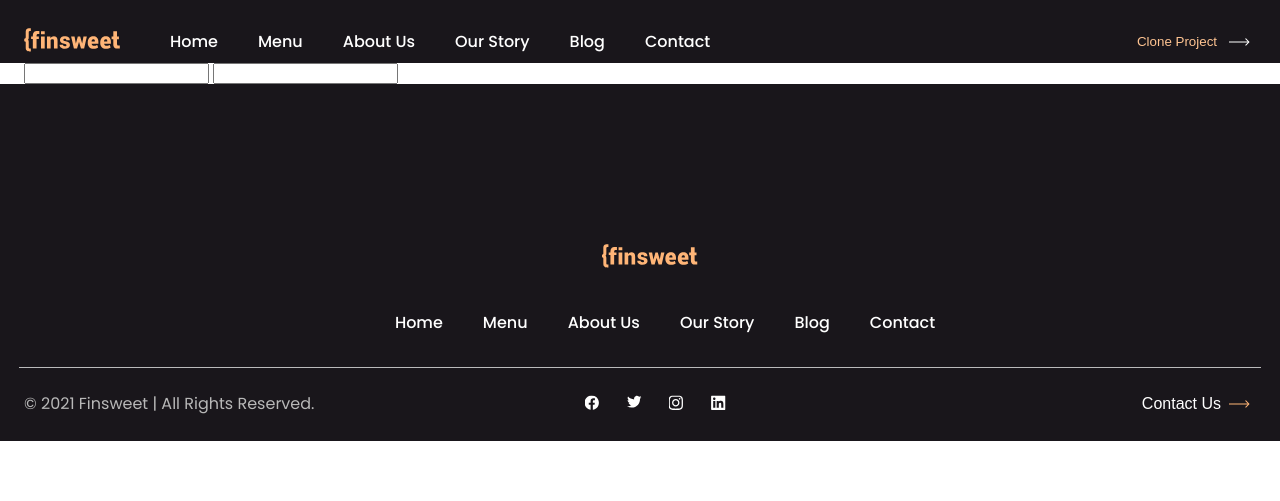
Repository: Minns-Cao/project-finsweet
Page: contact.html
An editor plug-in stored every save of this project. The page is shown before and after a run of saves, followed by the edit.
The browser window is 1280 px wide. The pictures show the whole page.
Some web fonts or font styles are not loaded; a fallback is used.

Above is the page before, as saved 2023-05-05 13:43:44.

### contact.html
<!DOCTYPE html>
<html lang="en">
    <head>
        <meta charset="UTF-8" />
        <meta http-equiv="X-UA-Compatible" content="IE=edge" />
        <meta name="viewport" content="width=device-width, initial-scale=1.0" />
        <title>Finsweet</title>
        <!-- Reset CSS -->
        <link rel="stylesheet" href="./assets/css/reset.css" />
        <!-- Style -->
        <link rel="stylesheet" href="./assets/css/style.css" />
        <link rel="stylesheet" href="./assets/css/style_contact.css" />
        <!-- Fonts -->
        <link rel="preconnect" href="https://fonts.googleapis.com" />
        <link rel="preconnect" href="https://fonts.gstatic.com" crossorigin />
        <link
            href="https://fonts.googleapis.com/css2?family=Playfair+Display:ital,wght@0,400;0,500;0,600;0,700;0,800;0,900;1,400;1,500;1,600;1,700;1,800;1,900&family=Poppins:ital,wght@0,300;0,400;0,500;0,600;1,300;1,400;1,500;1,600&display=swap"
            rel="stylesheet"
        />
    </head>
    <body>
        <!-- ========================================Contact Page================================================ -->
        <!-- Header -->
        <header class="fixed header">
            <div class="main-content">
                <div class="body">
                    <!-- Logo -->
                    <a href="./index.html"
                        ><img
                            src="./assets/img/Logo.svg"
                            alt="logo"
                            class="logo"
                    /></a>
                    <!-- Navigation -->
                    <div class="nav">
                        <ul>
                            <li>
                                <a href="./index.html">Home</a>
                            </li>
                            <li>
                                <a href="./menu.html">Menu</a>
                            </li>
                            <li>
                                <a href="./aboutUs.html">About Us</a>
                            </li>
                            <li>
                                <a href="./ourStory.html">Our Story</a>
                            </li>
                            <li>
                                <a href="./blog.html">Blog</a>
                            </li>
                            <li>
                                <a href="./contact.html">Contact</a>
                            </li>
                        </ul>
                    </div>
                    <!-- Action -->
                    <button class="action">
                        <span class="label">Clone Project</span>
                        <img
                            src="./assets/img/arrow-to-right.svg"
                            alt="arrow-to-right"
                            class="arrow-to-right"
                        />
                    </button>

                    <!-- Navigation Mobile -->
                    <label for="nav-mb-checkbox" class="nav-mb-btn">
                        <svg
                            xmlns="http://www.w3.org/2000/svg"
                            viewBox="0 0 448 512"
                            width="32"
                            height="32"
                        >
                            <path
                                d="M0 96C0 78.3 14.3 64 32 64H416c17.7 0 32 14.3 32 32s-14.3 32-32 32H32C14.3 128 0 113.7 0 96zM0 256c0-17.7 14.3-32 32-32H416c17.7 0 32 14.3 32 32s-14.3 32-32 32H32c-17.7 0-32-14.3-32-32zM448 416c0 17.7-14.3 32-32 32H32c-17.7 0-32-14.3-32-32s14.3-32 32-32H416c17.7 0 32 14.3 32 32z "
                                fill="#FFB577"
                            />
                        </svg>
                    </label>

                    <input
                        class="nav-input"
                        type="checkbox"
                        name="nav-mb-checkbox"
                        id="nav-mb-checkbox"
                    />

                    <label for="nav-mb-checkbox" class="nav_overlay"></label>

                    <div class="nav-mb">
                        <div class="exit-bar">
                            <!-- Logo -->
                            <a href="./index.html"
                                ><img
                                    src="./assets/img/Logo.svg"
                                    alt="logo"
                                    class="logo"
                            /></a>
                            <!-- exit button -->
                            <label for="nav-mb-checkbox">
                                <svg
                                    xmlns="http://www.w3.org/2000/svg"
                                    viewBox="0 0 512 512"
                                    width="32"
                                    height="32"
                                    class="exit-btn"
                                >
                                    <path
                                        d="M256 512A256 256 0 1 0 256 0a256 256 0 1 0 0 512zM175 175c9.4-9.4 24.6-9.4 33.9 0l47 47 47-47c9.4-9.4 24.6-9.4 33.9 0s9.4 24.6 0 33.9l-47 47 47 47c9.4 9.4 9.4 24.6 0 33.9s-24.6 9.4-33.9 0l-47-47-47 47c-9.4 9.4-24.6 9.4-33.9 0s-9.4-24.6 0-33.9l47-47-47-47c-9.4-9.4-9.4-24.6 0-33.9z"
                                        fill="#FFB577"
                                    />
                                </svg>
                            </label>
                        </div>
                        <ul>
                            <li>
                                <a href="./index.html">Home</a>
                            </li>
                            <li>
                                <a href="./menu.html">Menu</a>
                            </li>
                            <li>
                                <a href="./aboutUs.html">About Us</a>
                            </li>
                            <li>
                                <a href="./ourStory.html">Our Story</a>
                            </li>
                            <li>
                                <a href="./blog.html">Blog</a>
                            </li>
                            <li>
                                <a href="./contact.html">Contact</a>
                            </li>
                        </ul>
                    </div>
                </div>
            </div>
        </header>
        <!-- Main -->
        <main>
            <!-- contactUs -->
            <div class="contact-us">
                <div class="main-content">
                    <div class="left-column">
                        <h2 class="heading"></h2>
                        <p class="desc"></p>
                        <div class="input">
                            <div class="input-info">
                                <input type="text" class="inp-name" />
                                <input type="text" class="inp-email" />
                            </div>
                            <div class="input-msg"></div>
                        </div>
                    </div>
                    <div class="right-column"></div>
                </div>
            </div>
        </main>
        <!-- Footer -->
        <footer class="footer">
            <div class="main-content">
                <div class="body">
                    <!-- Logo -->
                    <a href="#"
                        ><img
                            src="./assets/img/Logo.svg"
                            alt="logo"
                            class="logo"
                    /></a>
                    <!-- Navigation -->
                    <div class="nav">
                        <ul>
                            <li>
                                <a href="./index.html">Home</a>
                            </li>
                            <li>
                                <a href="#">Menu</a>
                            </li>
                            <li>
                                <a href="./aboutUs.html">About Us</a>
                            </li>
                            <li>
                                <a href="./ourStory.html">Our Story</a>
                            </li>
                            <li>
                                <a href="./blog.html">Blog</a>
                            </li>
                            <li>
                                <a href="./contact.html">Contact</a>
                            </li>
                        </ul>
                    </div>
                    <!-- Contact-Footer -->
                    <div class="contact-footer">
                        <!-- Copyright -->
                        <div class="container">
                            <p class="copyright">
                                © 2021 Finsweet | All rights reserved.
                            </p>
                        </div>
                        <!-- Socials -->
                        <div class="socials-list">
                            <div class="social">
                                <img
                                    src="./assets/img/icon/icon_facebook.svg"
                                    alt="icon_facebook"
                                />
                            </div>
                            <div class="social">
                                <img
                                    src="./assets/img/icon/icon_twitter.svg"
                                    alt="icon_twitter"
                                />
                            </div>
                            <div class="social">
                                <img
                                    src="./assets/img/icon/icon_instagram.svg"
                                    alt="icon_instagram"
                                />
                            </div>
                            <div class="social">
                                <img
                                    src="./assets/img/icon/icon_linkin.svg"
                                    alt="icon_linkin"
                                />
                            </div>
                        </div>
                        <!-- action -->
                        <button
                            class="action"
                            onclick="window.location.href='./contact.html'"
                        >
                            <span class="label-med">Contact Us</span>
                            <svg
                                width="21"
                                height="8"
                                viewBox="0 0 21 8"
                                fill="none"
                                xmlns="http://www.w3.org/2000/svg"
                            >
                                <path
                                    d="M20.3536 4.35355C20.5488 4.15829 20.5488 3.84171 20.3536 3.64645L17.1716 0.464466C16.9763 0.269204 16.6597 0.269204 16.4645 0.464466C16.2692 0.659728 16.2692 0.976311 16.4645 1.17157L19.2929 4L16.4645 6.82843C16.2692 7.02369 16.2692 7.34027 16.4645 7.53553C16.6597 7.7308 16.9763 7.7308 17.1716 7.53553L20.3536 4.35355ZM0 4.5L20 4.5V3.5L0 3.5L0 4.5Z"
                                    fill="#FFB577"
                                />
                            </svg>
                        </button>
                    </div>
                </div>
            </div>
        </footer>
    </body>
</html>

### assets/css/style.css
* {
    box-sizing: border-box;
}

:root {
    --primary-color: #ffb577;
    --background-color: #19161b;
    --font-heading: Playfair Display, "serif";
}

html,
body {
    scroll-behavior: smooth;
}

html {
    font-size: 62.5%;
}

body {
    font-size: 1.6rem;
    font-family: "Poppins", sans-serif;
}

/* ================common=================*/
.main-content {
    width: 1280px;
    max-width: calc(100% - 48px);
    margin-left: auto;
    margin-right: auto;
}

a {
    text-decoration: none;
}

.btn {
    border: none;
    background: #ffb577;
    padding: 12px 24px;
}

.label-med {
    margin-right: 8px;
    font-weight: 500;
    font-size: 1.6rem;
    line-height: 1.5;
    color: #2e2d33;
}

.label-extransmall {
    font-weight: 500;
    font-size: 1.2rem;
    line-height: 1.33;
    color: #ffffff;
}

.heading {
    font-family: var(--font-heading);
    font-style: normal;
    color: #ffffff;
}

.lv1 {
    font-weight: 700;
    font-size: 5.6rem;
    line-height: 1.21;
}

.lv2 {
    font-weight: 700;
    font-size: 4.8rem;
    line-height: 1.21;
}

.lv3 {
    font-weight: 700;
    font-size: 3.3rem;
    line-height: 1.5;
}

.lv4 {
    font-weight: 700;
    font-size: 2rem;
    line-height: 1.5;
}

.lv5 {
    font-weight: 700;
    font-size: 1.4rem;
    line-height: 1.5;
}

.desc {
    font-weight: 400;
    font-size: 1.6rem;
    line-height: 1.75;
    color: #b8b8b8;
}

.caption {
    position: relative;
    display: inline-block;
    font-family: var(--font-heading);
    font-weight: 400;
    font-size: 1.6rem;
    line-height: 1.5;
    color: #ffb577;
}

.caption::after {
    position: absolute;
    content: "";
    display: block;
    width: 48px;
    border: 0.5px solid #ffffff;
    top: 50%;
    right: calc(-48px - 16px);
}

/* ================Header=================*/
.fixed {
    position: sticky;
    top: -20px;
    z-index: 1;
}

.header {
    background-color: var(--background-color);
}

.header .body {
    display: flex;
    align-items: center;
    padding: 28px 0px 8px;
}

.nav ul {
    display: flex;
    gap: 40px;
    margin-left: 50px;
}

.nav li a {
    font-weight: 500;
    font-size: 1.6rem;
    line-height: 1.5;
    color: #ffffff;
}

.header .action {
    display: flex;
    justify-content: center;
    align-items: center;
    margin-left: auto;
    border: none;
    background-color: var(--background-color);
}

.header .action .label {
    margin-right: 12px;
    color: #ffc492;
}

.header .nav-mb-btn {
    display: none;
}

.header .nav-mb {
    position: fixed;
    background-color: var(--background-color);
    top: 0;
    right: 0;
    width: 320px;
    max-width: 100%;
    height: 100vh;
    z-index: 1;
    padding: 26px;
    transform: translateX(100%);
    transition: transform ease-in 0.2s;
}

.nav_overlay {
    display: none;
    position: fixed;
    top: 0;
    right: 0;
    left: 0;
    bottom: 0;
    background-color: rgba(0, 0, 0, 0.5);
    animation: fadeIn linear 0.5s;
}

.nav-input {
    display: none;
}

/* ================Footer=================*/

.footer {
    background-color: var(--background-color);
    padding-top: 160px;
    padding-bottom: 24px;
}

.footer .logo {
    display: block;
    margin-left: auto;
    margin-right: auto;
    transform: translateX(+10%);
}

.footer .nav {
    position: relative;
    display: flex;
    justify-content: center;
    align-items: center;

    margin-top: 43px;
}

.footer .nav::after {
    position: absolute;
    content: "";
    display: block;
    width: 97vw;
    height: 0.5px;
    background-color: #fff;
    bottom: -32px;
    opacity: 0.7;
}

.contact-footer {
    display: flex;
    justify-content: space-between;
    align-items: center;
    margin-top: 56px;
}

.contact-footer .copyright {
    font-weight: 400;
    font-size: 1.6rem;
    line-height: 1.5;
    text-transform: capitalize;
    color: #b8b8b8;
}

.contact-footer .socials-list {
    display: flex;
    gap: 27px;
    transform: translateX(-50%);
}

.contact-footer .action {
    display: flex;
    justify-content: center;
    align-items: center;
    border: none;
    background-color: var(--background-color);
}

.contact-footer .action .label-med {
    color: #ffffff;
}

/* ==================Responsive==================== */

@media (max-width: 768px) {
    /* Responsive Header */
    .header .nav,
    .header .action {
        display: none;
    }

    .header .nav-mb-btn {
        display: block;
        margin-left: auto;
    }

    .nav-input:checked ~ .nav_overlay {
        display: block;
    }

    .nav-input:checked ~ .nav-mb {
        transform: translateX(0);
    }

    .nav-mb .exit-bar {
        position: relative;
        display: flex;
        justify-content: space-between;
        align-items: center;
        margin-bottom: 40px;
    }

    .nav-mb .exit-bar::after {
        position: absolute;
        content: "";
        bottom: -20px;
        width: 100%;
        border: 0.5px solid #fff;
    }

    .nav-mb ul {
        display: flex;
        flex-direction: column;
        justify-content: center;
        align-items: center;
        gap: 40px;
    }

    .nav-mb li a {
        font-weight: 500;
        font-size: 1.6rem;
        line-height: 1.5;
        color: #ffffff;
    }

    /* ==================Responsive-Footer================== */
    .footer .logo {
        display: none;
    }

    .footer .nav ul {
        flex-direction: column;
        justify-content: center;
        align-items: center;
        margin-left: 0;
    }

    .contact-footer {
        flex-direction: column-reverse;
        justify-content: center;
        align-items: center;
        gap: 10px;
    }

    .contact-footer .socials-list {
        justify-content: center;
        align-items: center;
        transform: translateX(0);
    }

    /* ================Responsive-Contact=================*/

    .contact .body {
        flex-direction: column;
    }

    .contact .body .img-map {
        width: 100%;
        object-fit: cover;
    }
}

@media (max-width: 430px) {
    /* ================Moblie-Responsive-Contact=================*/
    .contact .container {
        padding: 20px !important;
    }
}

@keyframes fadeIn {
    from {
        opacity: 0;
    }
    to {
        opacity: 1;
    }
}

Loaded but not shown: assets/css/reset.css (common file); assets/css/style_contact.css (no stored copy; drawn as an empty file)

After the next 3 saves:
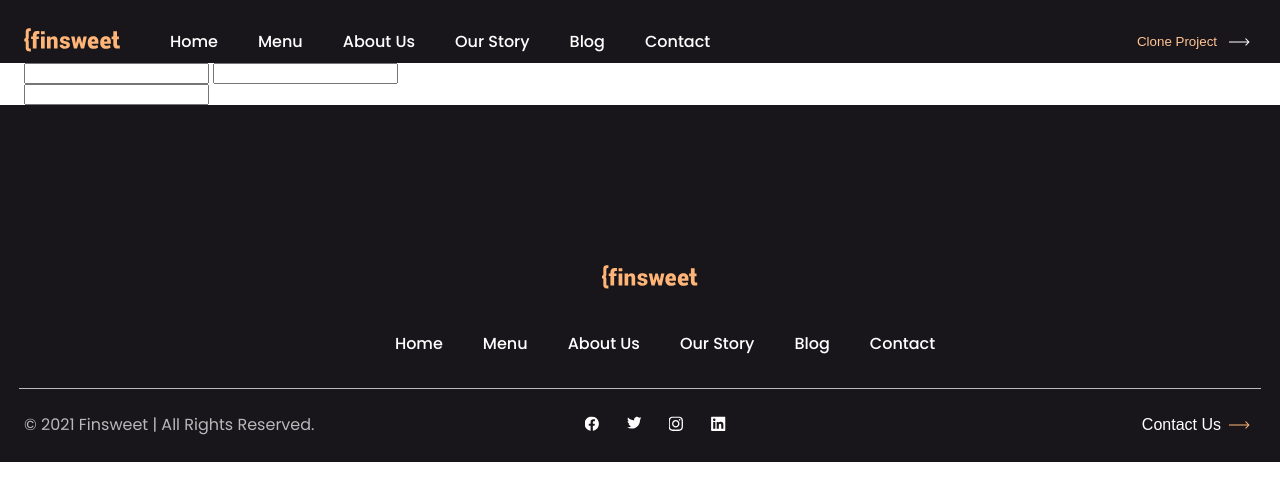
The 3 saves are shown as one change because they came seconds apart.
The last was saved 25 s later.
--- a/contact.html
+++ b/contact.html
@@ -150,7 +150,7 @@
                                 <input type="text" class="inp-name" />
                                 <input type="text" class="inp-email" />
                             </div>
-                            <div class="input-msg"></div>
+                            <input type="text" class="inp-msg">
                         </div>
                     </div>
                     <div class="right-column"></div>
